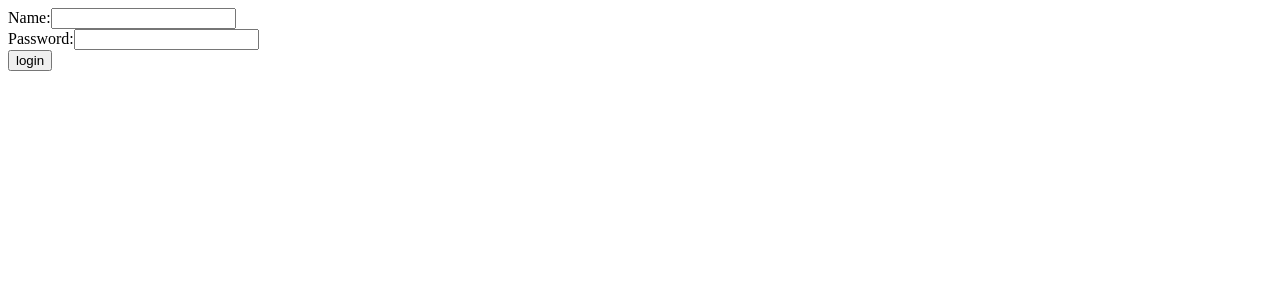
Repository: sreedhark-paycorp/servletcrudoperation
Page: servlet-config/src/main/webapp/index.html
These files come from the project's save history. The page is drawn as it stood at one moment and after the next save; the edit follows.
The browser window is 1280 px wide. The pictures show the whole page.

Above is the page before, as saved 2024-03-24 06:31:03.

After the next save:
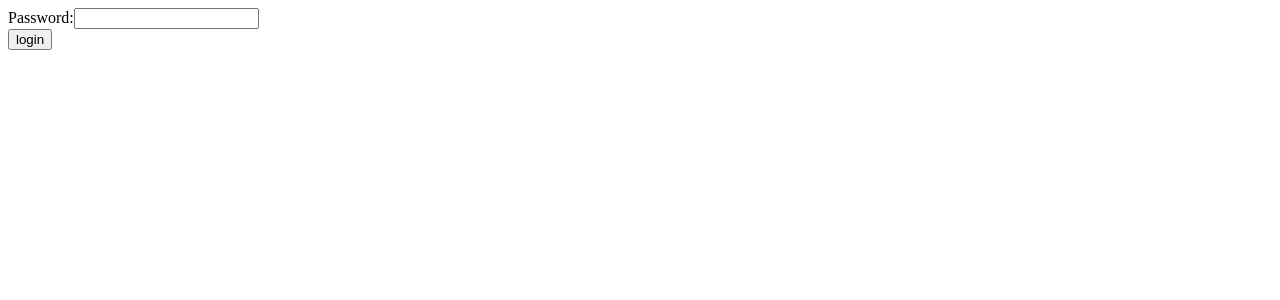
Saved 7 s later.
--- a/servlet-config/src/main/webapp/index.html
+++ b/servlet-config/src/main/webapp/index.html
@@ -6,7 +6,7 @@
 </head>
 <body>
 <form action="servlet1">
-Name:<input type="text" name="name"/><br/>
+
 Password:<input type="password" name="password"/><br/>
 
 <input type="submit" value="login">
